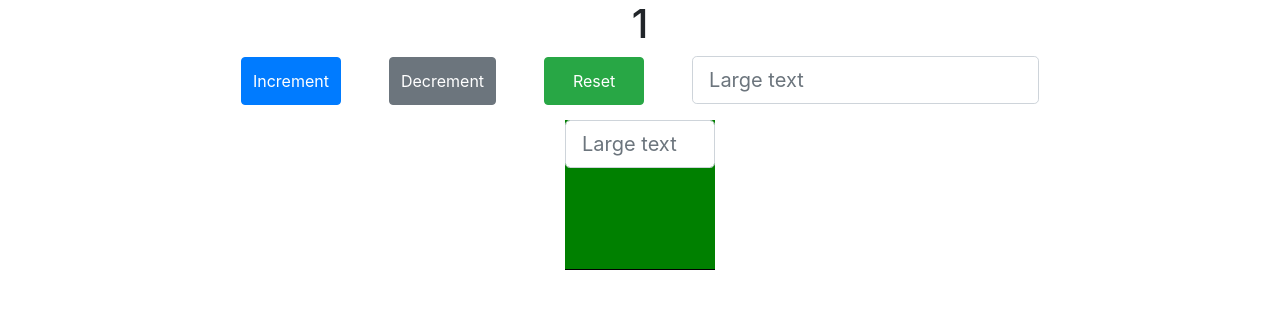
Repository: tts2610/redux-counter
Page: /
These files come from the project's save history. The page is drawn as it stood at one moment and after the next save; the edit follows.
The browser window is 1280 px wide. The pictures show the whole page.
The project was rebuilt for these pictures with package versions that can differ from the ones it lists, and the page was loaded fresh each time.

Above is the page before, as saved 2020-06-09 18:41:08.

After the next save:
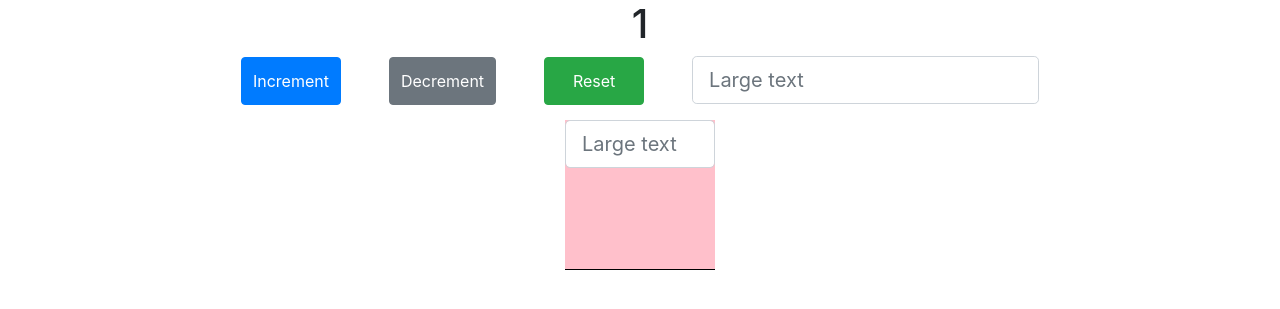
Saved 33 s later.
--- a/src/index.js
+++ b/src/index.js
@@ -9,7 +9,7 @@ import { Provider } from "react-redux";
 const initialState = {
   count: 1,
   color: "pink",
-  divArr: { pink: "green" },
+  divArr: {},
 };
 
 // function countReducer(state = initialState, action) {
